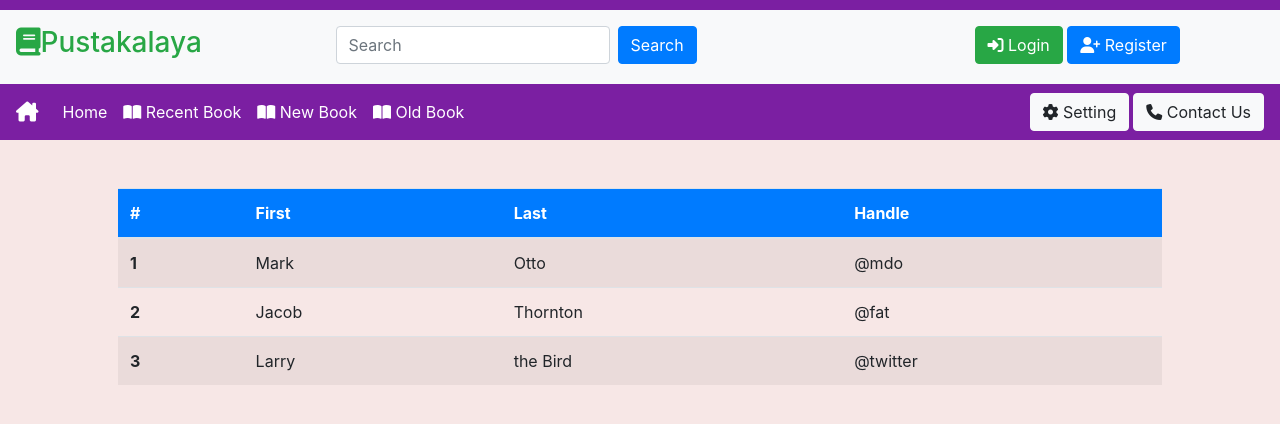
Repository: kalaprabhakar/Pustakalay_Web_Application
Page: http://localhost/E_Book_Management/old_book.jsp
An editor plug-in stored every save of this project. The page is shown before and after the next save, followed by the edit.
The browser window is 1280 px wide. The pictures show the whole page.
Some web libraries are served in a nearby version. The page is served by Tomcat 10. Other server files are loaded and not shown.

Above is the page before, as saved 2024-02-28 18:21:08.

### E_Book_Management/src/main/webapp/old_book.jsp
<%@ page language="java" contentType="text/html; charset=ISO-8859-1"
	pageEncoding="ISO-8859-1"%>
<%@ taglib prefix="c" uri="http://java.sun.com/jsp/jstl/core"%>
<%@ page isELIgnored="false"%>
<!DOCTYPE html>
<html>
<head>
<meta charset="ISO-8859-1">
<title>Insert title here</title>
<%@ include file="all_component/allcss.jsp"%>
</head>
<body style="background-color: #f7e7e6">
	<%@ include file="all_component/navbar.jsp"%>

	<div class="container p-5">
	<table class="table table-striped">
  <thead class="bg-primary text-white">
    <tr>
      <th scope="col">#</th>
      <th scope="col">First</th>
      <th scope="col">Last</th>
      <th scope="col">Handle</th>
    </tr>
  </thead>
  <tbody>
    <tr>
      <th scope="row">1</th>
      <td>Mark</td>
      <td>Otto</td>
      <td>@mdo</td>
    </tr>
    <tr>
      <th scope="row">2</th>
      <td>Jacob</td>
      <td>Thornton</td>
      <td>@fat</td>
    </tr>
    <tr>
      <th scope="row">3</th>
      <td>Larry</td>
      <td>the Bird</td>
      <td>@twitter</td>
    </tr>
  </tbody>
</table>

	</div>

</body>
</html>

### E_Book_Management/src/main/webapp/all_component/allcss.jsp
<link rel="stylesheet"
	href="https://cdn.jsdelivr.net/npm/bootstrap@4.0.0/dist/css/bootstrap.min.css"
	integrity="sha384-Gn5384xqQ1aoWXA+058RXPxPg6fy4IWvTNh0E263XmFcJlSAwiGgFAW/dAiS6JXm"
	crossorigin="anonymous">

<script src="https://code.jquery.com/jquery-3.2.1.slim.min.js"
	integrity="sha384-KJ3o2DKtIkvYIK3UENzmM7KCkRr/rE9/Qpg6aAZGJwFDMVNA/GpGFF93hXpG5KkN"
	crossorigin="anonymous"></script>
<script
	src="https://cdn.jsdelivr.net/npm/popper.js@1.12.9/dist/umd/popper.min.js"
	integrity="sha384-ApNbgh9B+Y1QKtv3Rn7W3mgPxhU9K/ScQsAP7hUibX39j7fakFPskvXusvfa0b4Q"
	crossorigin="anonymous"></script>
<script
	src="https://cdn.jsdelivr.net/npm/bootstrap@4.0.0/dist/js/bootstrap.min.js"
	integrity="sha384-JZR6Spejh4U02d8jOt6vLEHfe/JQGiRRSQQxSfFWpi1MquVdAyjUar5+76PVCmYl"
	crossorigin="anonymous"></script>
<link rel="stylesheet"
	href="https://cdnjs.cloudflare.com/ajax/libs/font-awesome/6.5.1/css/all.min.css"
	integrity="sha512-DTOQO9RWCH3ppGqcWaEA1BIZOC6xxalwEsw9c2QQeAIftl+Vegovlnee1c9QX4TctnWMn13TZye+giMm8e2LwA=="
	crossorigin="anonymous" referrerpolicy="no-referrer" />

	<link  rel="stylesheet" href="all_component/style.css"/>

### E_Book_Management/src/main/webapp/all_component/navbar.jsp
<%@ taglib prefix="c" uri="http://java.sun.com/jsp/jstl/core"%>
<%@ page isELIgnored="false" %>

<div class="container-fluid" style="height : 10px ; background-color:  #7B1FA2 "></div>

<div class="container-fluid p-3 bg-light">
 <div class="row">
     <div class="col-md-3 text-success">
        <h3 > <i class="fa-solid fa-book"></i>Pustakalaya</h3>
     </div>
    <div class="col-md-6">
       <form class="form-inline my-2 my-lg-0">
      <input class="form-control mr-sm-2" type="search" placeholder="Search" aria-label="Search">
      <button class="btn btn-primary my-2 my-sm-0" type="submit">Search</button>
    </form>

    </div>
    <c:if test="${not empty userobj }">
    <div class="col-md-3">

    <a href="checkout.jsp" class="btn btn-ligh"><i class="fa-solid fa-cart-shopping  "></i></a>

      <a href="" class="btn btn-success"><i class="fa-solid fa-user-plus"></i>${userobj.name }</a>
      <a href="logout" class="btn btn-primary"><i class="fa-solid fa-right-to-bracket"></i> Logout</a>

    </div>

    </c:if>

    <c:if test="${ empty userobj }">
    <div class="col-md-3">
      <a href="login.jsp" class="btn btn-success"><i class="fa-solid fa-right-to-bracket"></i> Login</a>
      <a href="register.jsp" class="btn btn-primary"><i class="fa-solid fa-user-plus"></i> Register</a>

    </div>

    </c:if>

 </div>


</div>

<nav class="navbar navbar-expand-lg navbar-dark bg-custom">
  <a class="navbar-brand" href="#"><i class="fa-solid fa-house-chimney"></i></a>
  <button class="navbar-toggler" type="button" data-toggle="collapse" data-target="#navbarSupportedContent" aria-controls="navbarSupportedContent" aria-expanded="false" aria-label="Toggle navigation">
    <span class="navbar-toggler-icon"></span>
  </button>

  <div class="collapse navbar-collapse" id="navbarSupportedContent">
    <ul class="navbar-nav mr-auto">
      <li class="nav-item active">
        <a class="nav-link" href="index.jsp">Home <span class="sr-only">(current)</span></a>
      </li>
      <li class="nav-item active">
        <a class="nav-link" href="all_recent_book.jsp"> <i class="fa-solid fa-book-open"></i> Recent Book</a>
      </li>
      <li class="nav-item active">
        <a class="nav-link" href="all_new_book.jsp"> <i class="fa-solid fa-book-open"></i> New Book</a>
      </li>

      </li>
      <li class="nav-item active">
        <a class="nav-link disabled" href="all_old_book.jsp"> <i class="fa-solid fa-book-open"></i> Old Book</a>
      </li>
    </ul>
    <form class="form-inline my-2 my-lg-0">
      <a href="setting.jsp" class="btn btn-light my-2 my-sm-0" type="submit"><i class="fa-solid fa-gear"></i> Setting</a>
      <button class="btn btn-light my-2 my-sm-0 ml-1" type="submit"><i class="fa-solid fa-phone"></i> Contact Us</button>
    </form>
  </div>
</nav>

### E_Book_Management/src/main/webapp/all_component/style.css
.bg-custom {
	background-color : #7B1FA2 ;
}

.navbar .nav-item:hover .nav-link{

	background-color: white;
	color : black;
	border-radius : 20px ;
}

After the next save:
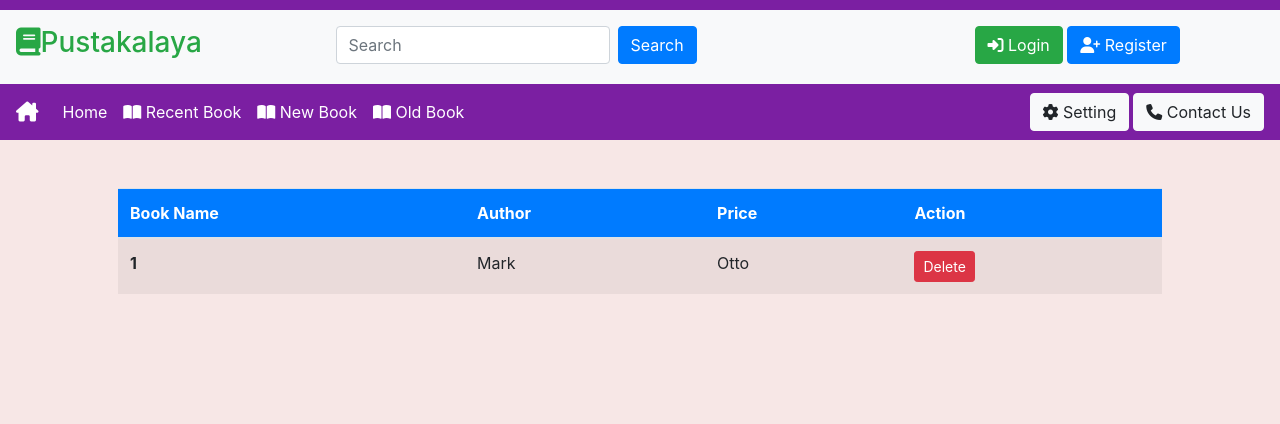
Saved 3 min 56 s later.
--- a/E_Book_Management/src/main/webapp/old_book.jsp
+++ b/E_Book_Management/src/main/webapp/old_book.jsp
@@ -16,10 +16,10 @@
 	<table class="table table-striped">
   <thead class="bg-primary text-white">
     <tr>
-      <th scope="col">#</th>
-      <th scope="col">First</th>
-      <th scope="col">Last</th>
-      <th scope="col">Handle</th>
+      <th scope="col">Book Name</th>
+      <th scope="col">Author</th>
+      <th scope="col">Price</th>
+      <th scope="col">Action</th>
     </tr>
   </thead>
   <tbody>
@@ -27,20 +27,9 @@
       <th scope="row">1</th>
       <td>Mark</td>
       <td>Otto</td>
-      <td>@mdo</td>
+      <td><a href="" class="btn btn-sm btn-danger">Delete</a></td>
     </tr>
-    <tr>
-      <th scope="row">2</th>
-      <td>Jacob</td>
-      <td>Thornton</td>
-      <td>@fat</td>
-    </tr>
-    <tr>
-      <th scope="row">3</th>
-      <td>Larry</td>
-      <td>the Bird</td>
-      <td>@twitter</td>
-    </tr>
+
   </tbody>
 </table>
 
